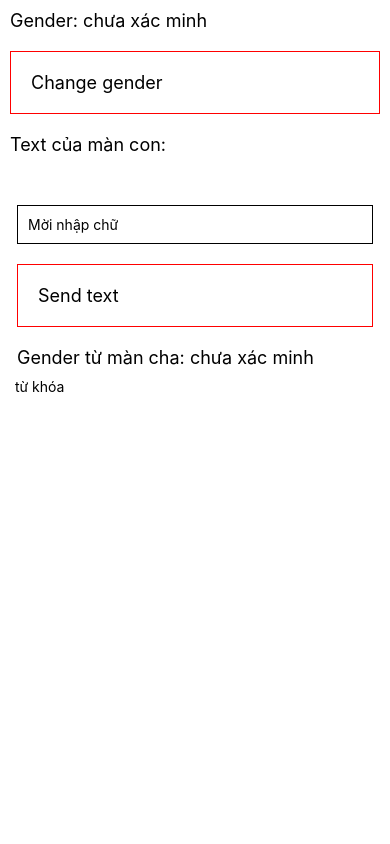
Repository: web345/test
Screen: /
These files come from the project's save history. The screen is drawn as it stood at one moment and after the next save; the edit follows.
The app was drawn by React Native's web renderer in a window 390 px wide. The project was rebuilt for these pictures with package versions that can differ from the ones it lists, and the page was loaded fresh each time.

Above is the screen before, as saved 2021-08-17 15:04:13.

After the next save:
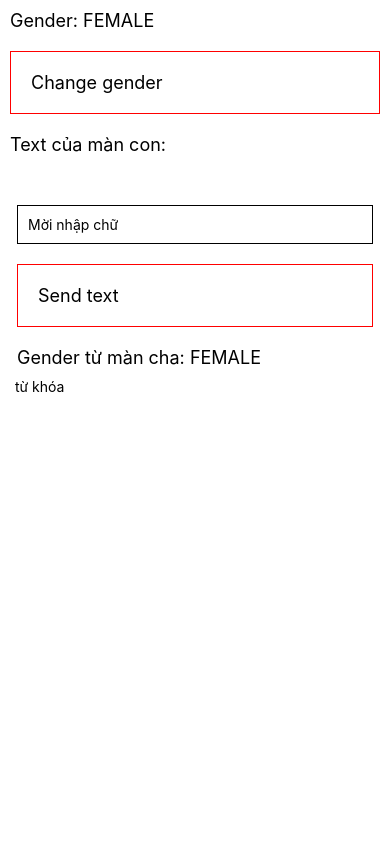
Saved 5 h 13 min later.
--- a/App.js
+++ b/App.js
@@ -4,11 +4,11 @@ import Form2 from "./form2"
 export default function App() {
 
 
-  const [gioitinh, setGioitinh]= useState("chưa xác minh");
+  const [gioitinh, setGioitinh]= useState("FEMALE");
   const [text1, settext1]= useState(" ");
 
   const changeGender=()=>{
-    setGioitinh("Nam");
+    setGioitinh("MALE");
   }
 
   const changeText=(val)=>{
